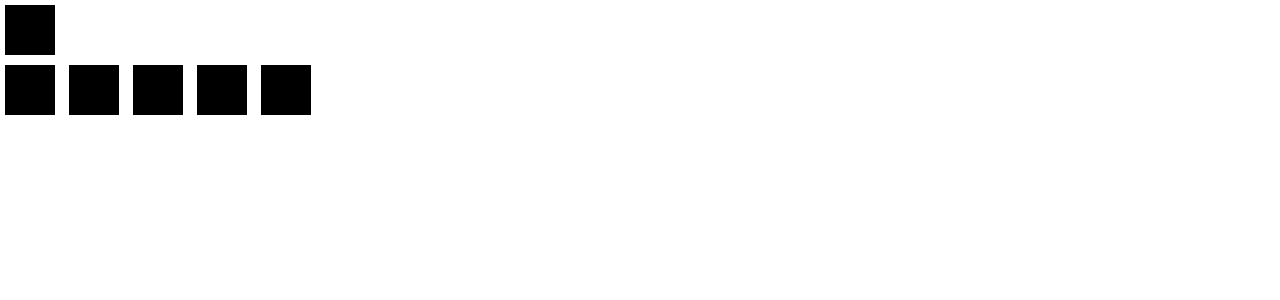
Repository: sokafootball/etch-a-sketc
Page: index.html
These files come from the project's save history. The page is drawn as it stood at one moment and after the next save; the edit follows.
The browser window is 1280 px wide. The pictures show the whole page.

Above is the page before, as saved 2020-04-16 20:43:13.

After the next save:
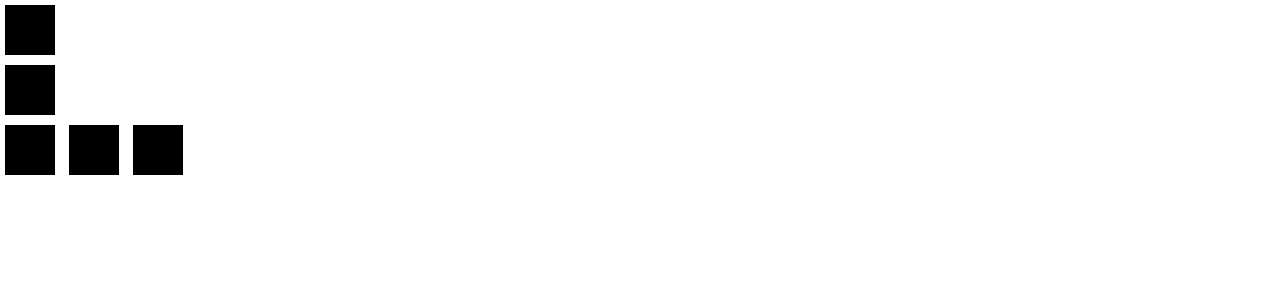
Saved 14 s later.
--- a/index.html
+++ b/index.html
@@ -6,7 +6,7 @@
 <body>
 <div id="grid-div"></div>
 <div class="cell"></div>
-<div class="cell"></div>
+<div></div>
 <div class="cell"></div>
 <div class="cell"></div>
 <div class="cell"></div>
